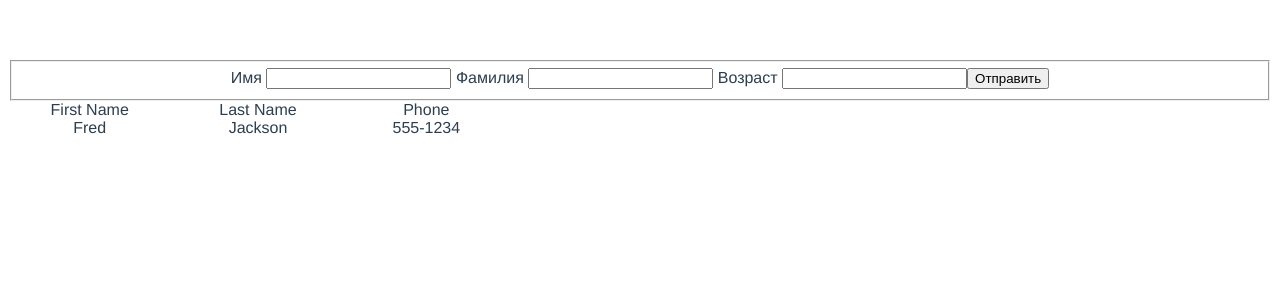
Repository: shum89/test-vue-table
Page: /
The author's editor kept a copy of each file at every save. The page is drawn from the files as they stood at one save, then again after the next save.
The browser window is 1280 px wide. The pictures show the whole page.
The project was rebuilt for these pictures with package versions that can differ from the ones it lists, and the page was loaded fresh each time. Also part of the build but not shown: vue.config.js.

Above is the page before, as saved 2021-07-17 14:36:09.

### src/App.vue
<template>
  <form>
    <fieldset>
      <label for="firstName">
        Имя
        <input type="text" id="firstName" />
      </label>

      <label for="lastName">
        Фамилия
        <input type="text" id="lastName" />
      </label>
      <label for="age">
        Возраст
        <input type="number" id="age" />
      </label>
      <button type="submit">Отправить</button>
    </fieldset>
  </form>
  <div class="table" role="grid" aria-colcount="3">
    <div class="table__row-group" role="rowgroup">
      <div class="table__row" role="row">
        <span role="columnheader" aria-colindex="1">First Name</span>
        <span role="columnheader" aria-colindex="2">Last Name</span>
        <span role="columnheader" aria-colindex="3">Phone</span>
      </div>
      <div role="rowgroup">
        <div class="table__row" role="row">
          <span role="gridcell" aria-colindex="1">Fred</span>
          <span role="gridcell" aria-colindex="2">Jackson</span>
          <span role="gridcell" aria-colindex="3">555-1234</span>
        </div>
      </div>
    </div>
    <div role="row"></div>
  </div>
</template>

<script>
export default {
  name: 'App',
  components: {},
};
</script>

<style>
#app {
  font-family: Avenir, Helvetica, Arial, sans-serif;
  -webkit-font-smoothing: antialiased;
  -moz-osx-font-smoothing: grayscale;
  text-align: center;
  color: #2c3e50;
  margin-top: 60px;
}
.table__row {
  display: grid;
  gap: 5px;
  grid-template-columns: repeat(3, 1fr);
  justify-content: center;
  max-width: 500px;
}
</style>

Loaded but not shown: public/index.html (common file); src/main.js (common file)

After the next save:
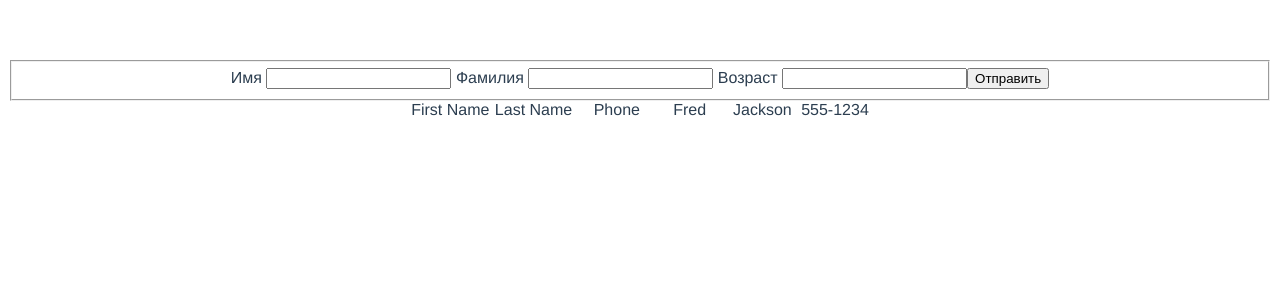
Saved 25 s later.
--- a/src/App.vue
+++ b/src/App.vue
@@ -52,6 +52,10 @@
   color: #2c3e50;
   margin-top: 60px;
 }
+.table__row-group {
+  display: flex;
+  justify-content: center;
+}
 .table__row {
   display: grid;
   gap: 5px;

After the save that followed:
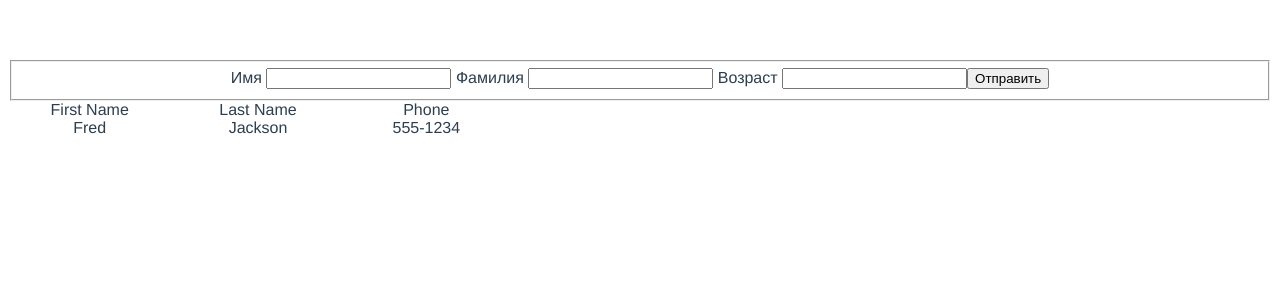
Saved 13 s later.
--- a/src/App.vue
+++ b/src/App.vue
@@ -55,6 +55,7 @@
 .table__row-group {
   display: flex;
   justify-content: center;
+  flex-direction: column;
 }
 .table__row {
   display: grid;
